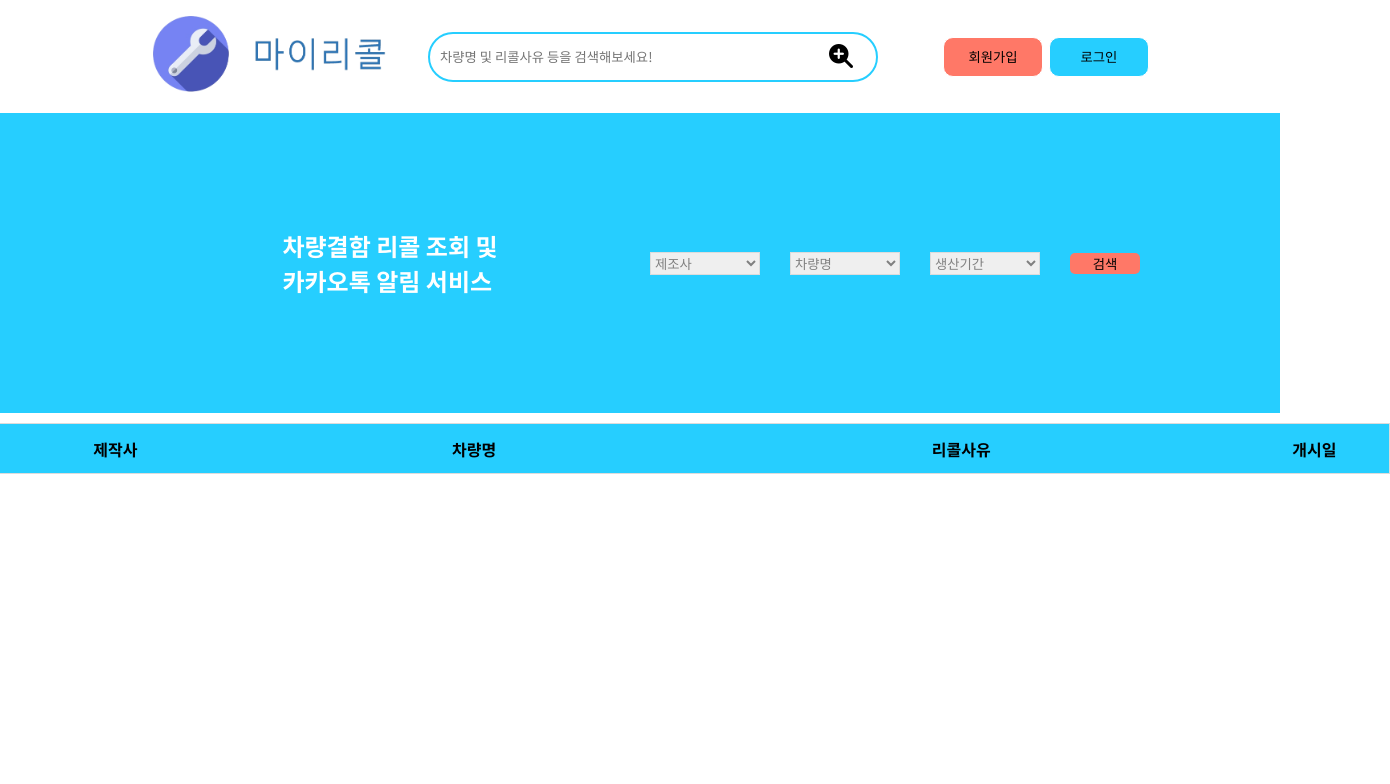
Repository: Chae-Huiung/myRecall-project
Page: http://localhost/myRecall/WEB-INF/views/recallListPage.jsp
These files come from the project's save history. The page is drawn as it stood at one moment and after the next save; the edit follows.
The browser window is 1280 px wide. The page is 1390 px wide, so the pictures cover 1390 px, including what lies to the right of the window. The pictures show the whole page.
Some web libraries are served in a nearby version. The page is served by Tomcat 9. Nobody is signed in. The template is opened directly, without the code that normally fills it, so the values that code supplies are empty.

Above is the page before, as saved 2023-09-08 05:55:00.

After the next save:
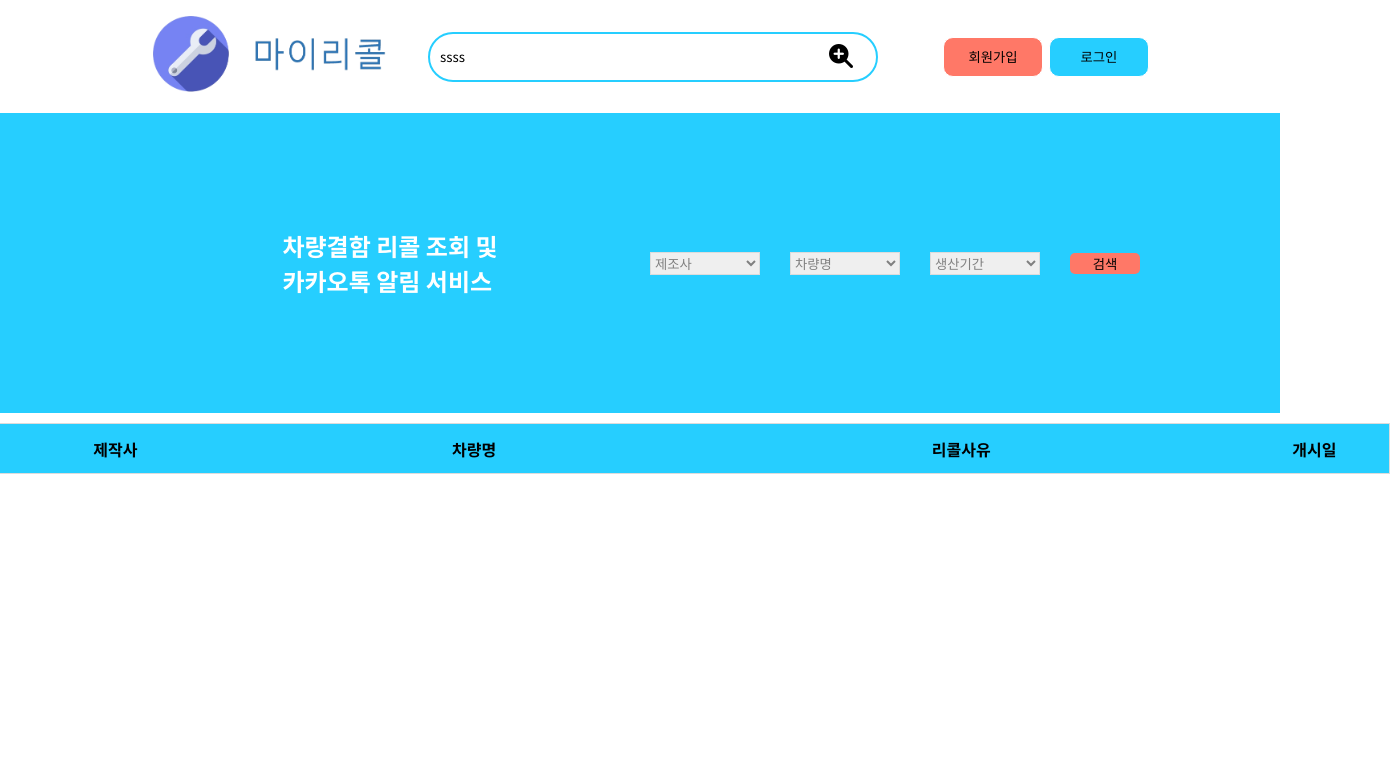
Saved 112 s later.
--- a/myRecall/src/main/webapp/resources/js/search.js
+++ b/myRecall/src/main/webapp/resources/js/search.js
@@ -1,6 +1,6 @@
 $(document).ready(function () {
 	var input = $("#searchInput input");
-		input.val("");
+		input.val("ssss");
     $("#searchInputBtn").on("click", function (event) {
 
         var searchStr = input.val();
